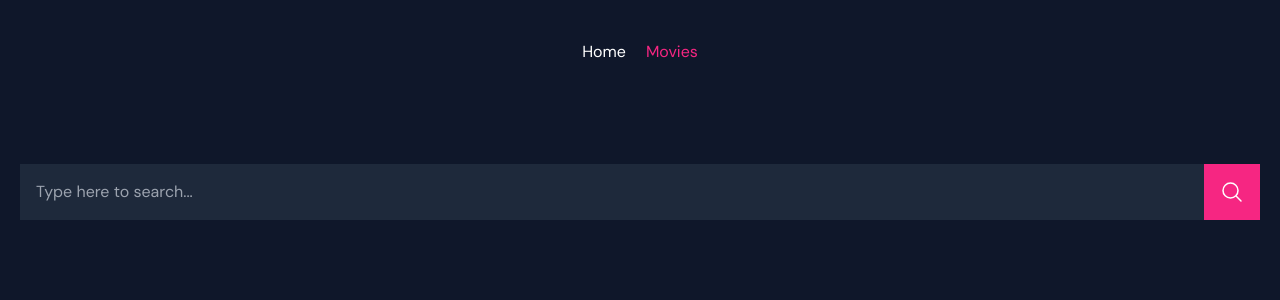
Repository: quynguyenn97/react-movie-app
Page: /movies
An editor plug-in stored every save of this project. The page is shown before and after the next save, followed by the edit.
The browser window is 1280 px wide. The pictures show the whole page.
The page's requests for data from a server got no answer. The project was rebuilt for these pictures with package versions that can differ from the ones it lists, and the page was loaded fresh each time. No one was signed in, and anything a server would have sent is missing. Also part of the build but not shown: src/banner/Banner.js, src/components/movie/MovieCard.js, src/components/MovieList.js, src/pages/HomePage.js, src/pages/MovieDetailPage.js.

Above is the page before, as saved 2022-10-12 11:54:50.

After the next save:
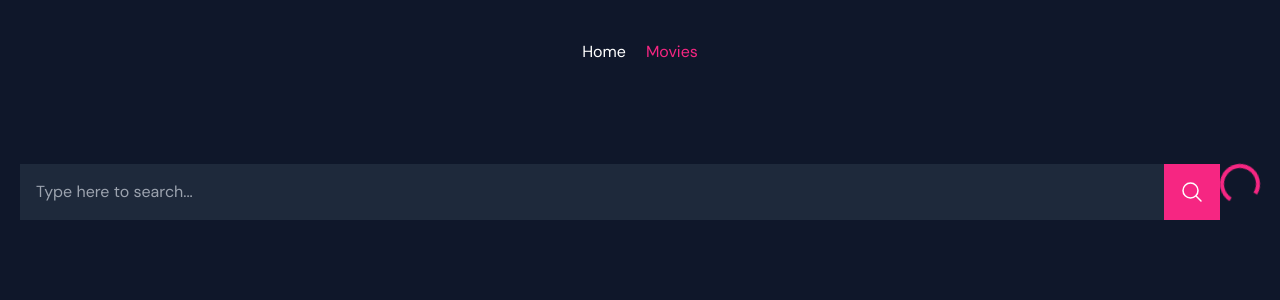
Saved 30 s later.
--- a/src/pages/MoviePage.js
+++ b/src/pages/MoviePage.js
@@ -55,7 +55,7 @@ const MoviePage = () => {
                         />
                     </svg>
                 </button>
-                {loading && (
+                {!loading && (
                     <div className="w-10 h-10 rounded-full border-4 border-primary border-t-transparent border-t-4 mx-auto animate-spin"></div>
                 )}
             </div>
